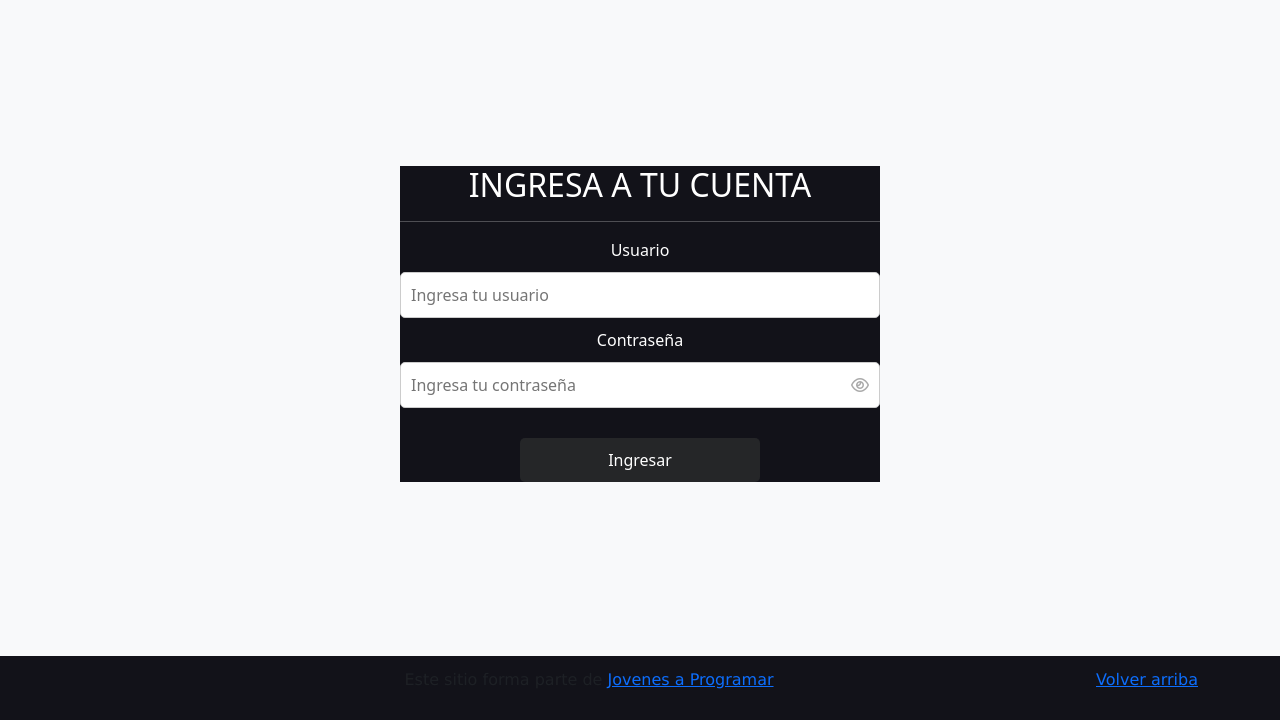
Repository: naticab/proyecto-dw
Page: login.html
An editor plug-in stored every save of this project. The page is shown before and after the next save, followed by the edit.
The browser window is 1280 px wide. The pictures show the whole page.
Some web fonts or font styles are not loaded; a fallback is used.

Above is the page before, as saved 2024-09-15 14:15:33.

After the next save:
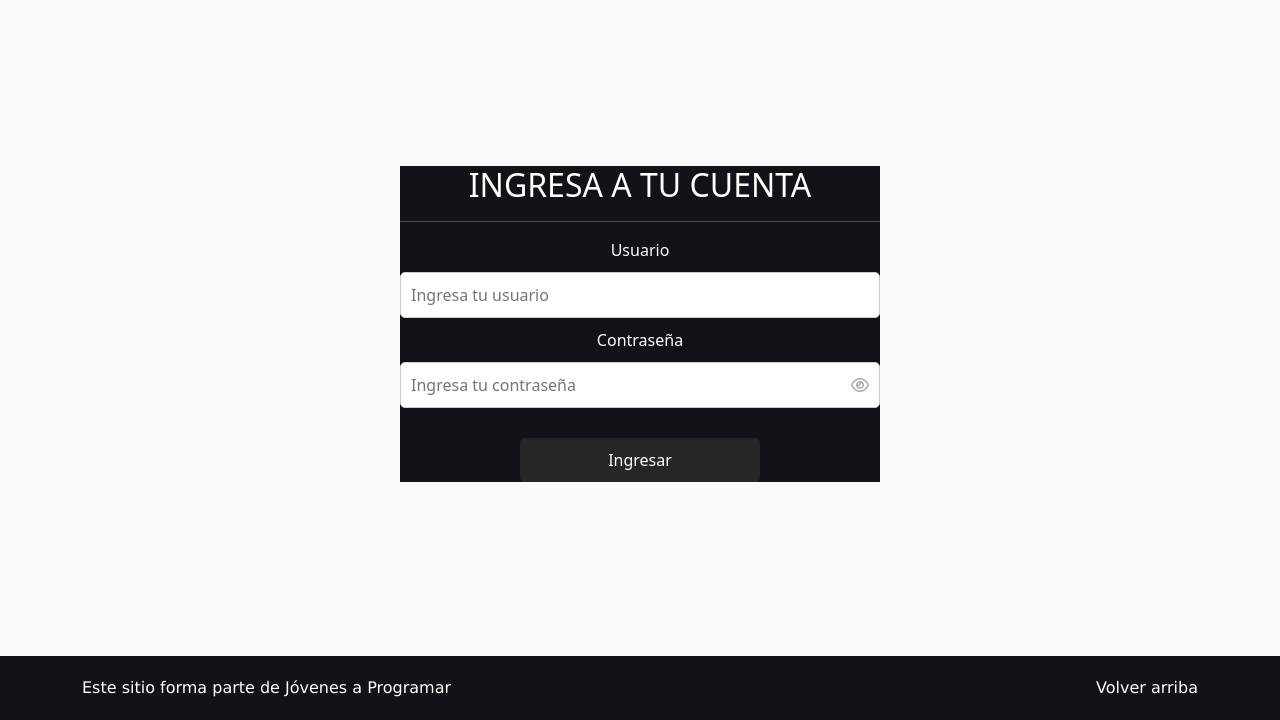
Saved 9 s later.
--- a/login.html
+++ b/login.html
@@ -35,13 +35,15 @@
     </div>
   </header>
 
-  <footer class="text-muted">
+  <footer class="text-center py-2">
     <div class="container">
-      <p class="float-end">
-        <a href="#">Volver arriba</a>
-      </p>
-      <p>Este sitio forma parte de <a href="https://jovenesaprogramar.edu.uy/" target="_blank">Jovenes a Programar</a>
-      </p>
+      <div class="footer-content">
+        <p class="footer-text">Este sitio forma parte de <a class="footer-link" href="https://jovenesaprogramar.edu.uy/"
+            target="_blank">Jóvenes a Programar</a></p>
+        <p class="footer-link-end">
+          <a class="footer-link" href="#">Volver arriba</a>
+        </p>
+      </div>
     </div>
   </footer>
 
